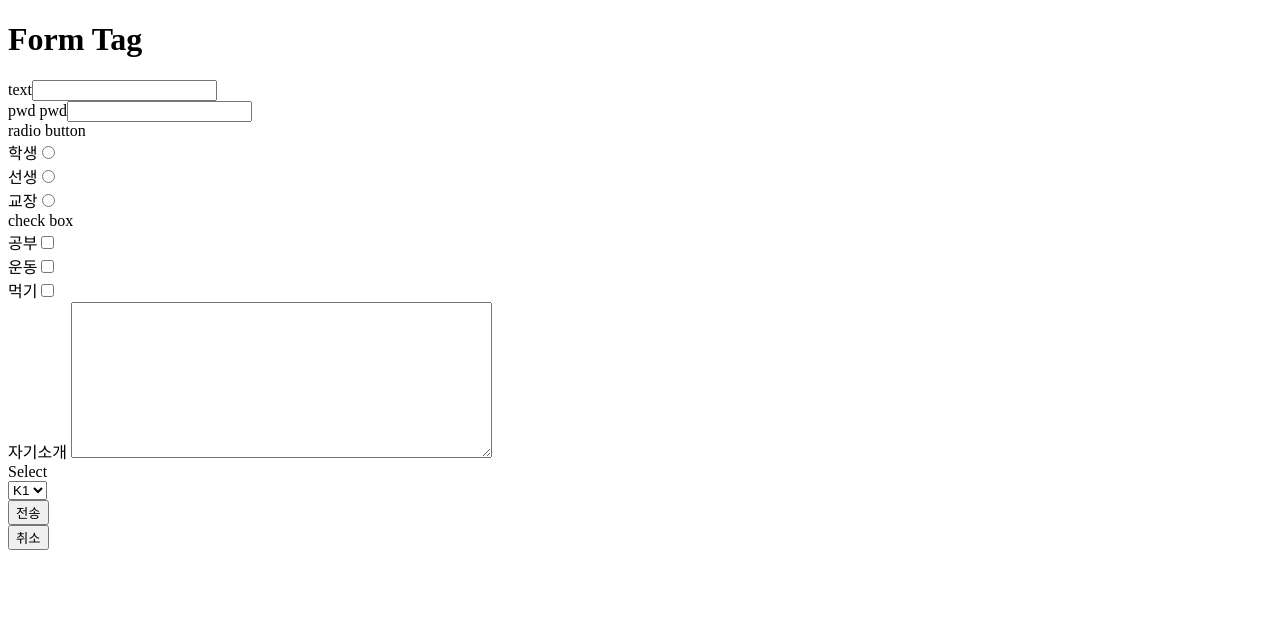
Repository: Scoobi-wisdoom/web
Page: d01/web/a6.html
These files come from the project's save history. The page is drawn as it stood at one moment and after the next save; the edit follows.
The browser window is 1280 px wide. The pictures show the whole page.

Above is the page before, as saved 2020-08-05 07:17:57.

### d01/web/a6.html
<!DOCTYPE html>
<html>
<head>
<meta charset="EUC-KR">
<title>Insert title here</title>
</head>
<body>
<h1>Form Tag</h1>
<form action="register" method="GET">
	<label>text<input type="text" name="t1"></label><br>
	<label for="p1">pwd</label>
	pwd<input type="password" name="p12" id="p1"><br>
	radio button<br>
	학생<input type="radio" name="r1" value="v1"><br>
	선생<input type="radio" name="r1" value="v2"><br>
	교장<input type="radio" name="r1" value="v3"><br>
	check box<br>
	공부<input type="checkbox" name="c1" value="z1"><br>
	운동<input type="checkbox" name="c1" value="z2"><br>
	먹기<input type="checkbox" name="c1" value="z3"><br>

	자기소개
	<textarea rows="10" cols="50" name="tt"></textarea>
	<br>
	Select
	<br>
	<select name="ss">
		<option value="k1">K1</option>
		<option value="k2">K2</option>
		<option value="k3">K3</option>
	</select>
	<br>

	<input type="hidden" name="id" value="id01">
	<input type="submit" value="전송"><br>
	<input type="reset" value="취소"><br>
</form>
</body>
</html>

After the next save:
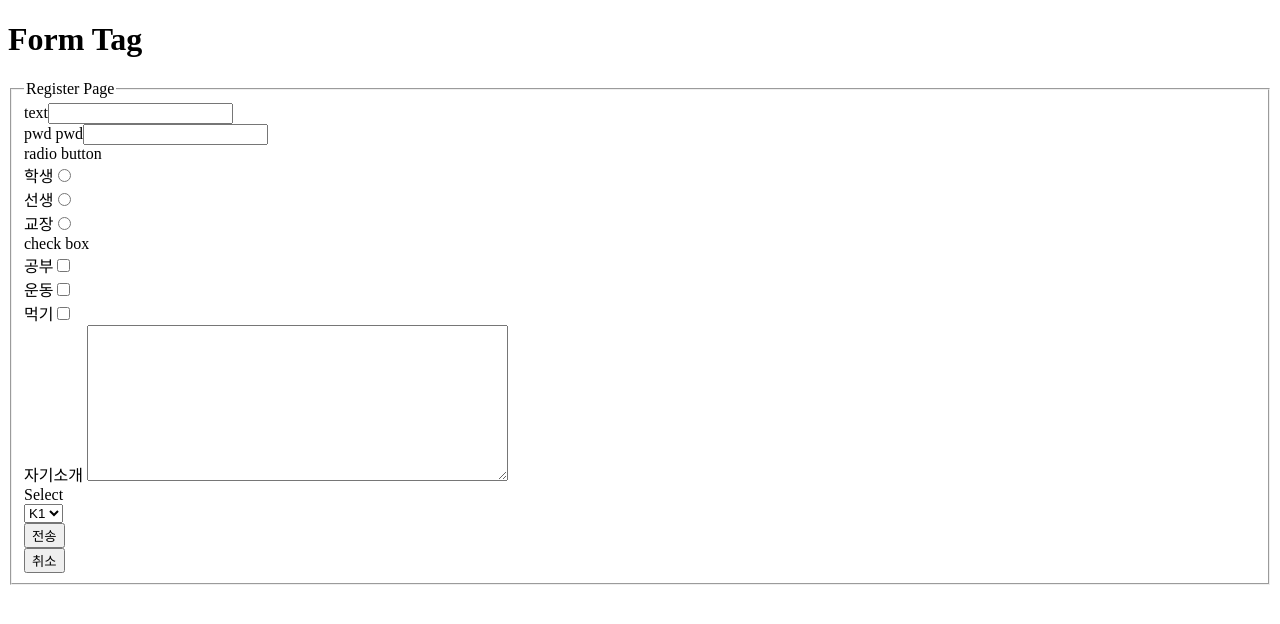
Saved 57 s later.
--- a/d01/web/a6.html
+++ b/d01/web/a6.html
@@ -7,33 +7,36 @@
 <body>
 <h1>Form Tag</h1>
 <form action="register" method="GET">
-	<label>text<input type="text" name="t1"></label><br>
-	<label for="p1">pwd</label>
-	pwd<input type="password" name="p12" id="p1"><br>
-	radio button<br>
-	학생<input type="radio" name="r1" value="v1"><br>
-	선생<input type="radio" name="r1" value="v2"><br>
-	교장<input type="radio" name="r1" value="v3"><br>
-	check box<br>
-	공부<input type="checkbox" name="c1" value="z1"><br>
-	운동<input type="checkbox" name="c1" value="z2"><br>
-	먹기<input type="checkbox" name="c1" value="z3"><br>
+	<fieldset>
+	<legend>Register Page</legend>
+		<label>text<input type="text" name="t1"></label><br>
+		<label for="p1">pwd</label>
+		pwd<input type="password" name="p12" id="p1"><br>
+		radio button<br>
+		학생<input type="radio" name="r1" value="v1"><br>
+		선생<input type="radio" name="r1" value="v2"><br>
+		교장<input type="radio" name="r1" value="v3"><br>
+		check box<br>
+		공부<input type="checkbox" name="c1" value="z1"><br>
+		운동<input type="checkbox" name="c1" value="z2"><br>
+		먹기<input type="checkbox" name="c1" value="z3"><br>
 
-	자기소개
-	<textarea rows="10" cols="50" name="tt"></textarea>
-	<br>
-	Select
-	<br>
-	<select name="ss">
-		<option value="k1">K1</option>
-		<option value="k2">K2</option>
-		<option value="k3">K3</option>
-	</select>
-	<br>
+		자기소개
+		<textarea rows="10" cols="50" name="tt"></textarea>
+		<br>
+		Select
+		<br>
+		<select name="ss">
+			<option value="k1">K1</option>
+			<option value="k2">K2</option>
+			<option value="k3">K3</option>
+		</select>
+		<br>
 
-	<input type="hidden" name="id" value="id01">
-	<input type="submit" value="전송"><br>
-	<input type="reset" value="취소"><br>
+		<input type="hidden" name="id" value="id01">
+		<input type="submit" value="전송"><br>
+		<input type="reset" value="취소"><br>
+	</fieldset>
 </form>
 </body>
 </html>
